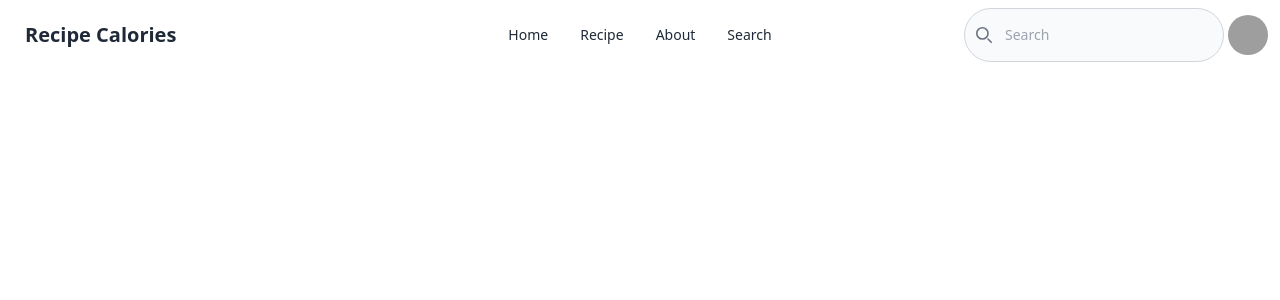
Repository: RudrasahaDibos/Chefs-table
Page: /
An editor plug-in stored every save of this project. The page is shown before and after a run of saves, followed by the edit.
The browser window is 1280 px wide. The pictures show the whole page.
Pictures or frames that could not be fetched are drawn as grey boxes. The project was rebuilt for these pictures with package versions that can differ from the ones it lists, and the page was loaded fresh each time. Also part of the build but not shown: vite.config.js, src/App.css.

Above is the page before, as saved 2024-12-18 21:22:00.

### src/App.jsx

import './App.css'
import Header from './Component/Header/Header'
import Recipes from './Component/Recipes/Recipes'

function App() {


  return (
    <div className='container mx-auto'>
        <Header></Header>
        <Recipes></Recipes>

    </div>
  )
}

export default App

### src/Component/Header/Header.jsx
import { FaBeer } from "react-icons/fa";
const Header = () => {
    return (
        <div className="max-w-7xl mx-auto">
              <div className="navbar bg-base-100">
  <div className="navbar-start">
    <div className="dropdown">
      <div tabIndex="0" role="button" className="btn btn-ghost lg:hidden">
        <svg
          xmlns="http://www.w3.org/2000/svg"
          className="h-5 w-5"
          fill="none"
          viewBox="0 0 24 24"
          stroke="currentColor">
          <path
            strokeLinecap="round"
            strokeLinejoin="round"
            strokeWidth="2"
            d="M4 6h16M4 12h8m-8 6h16" />
        </svg>
      </div>
      <ul
        tabIndex="0"
        className="menu menu-sm dropdown-content bg-base-100 rounded-box z-[1] mt-3 w-52 p-2 shadow">
        <li><a>Home</a></li>
      <li><a>Recipe</a></li>
      <li><a>About</a></li>
      <li><a>Search</a></li>
      </ul>
    </div>
    <a className="btn btn-ghost text-xl font-bold">Recipe Calories</a>
  </div>
  <div className="navbar-center hidden lg:flex">
    <ul className="menu menu-horizontal px-1">
      <li><a>Home</a></li>
      <li><a>Recipe</a></li>
      <li><a>About</a></li>
      <li><a>Search</a></li>
    </ul>
  </div>
  <div className="navbar-end ">
  <div className="form-control ">


<form className="max-w-md mx-auto">
    <div className="relative">
        <div className="absolute inset-y-0 start-0 flex items-center ps-3 pointer-events-none">
            <svg className="w-4 h-4 text-gray-500 dark:text-gray-400" aria-hidden="true" xmlns="http://www.w3.org/2000/svg" fill="none" viewBox="0 0 20 20">
                <path stroke="currentColor" strokeLinecap="round" strokeLinejoin="round" strokeWidth="2" d="m19 19-4-4m0-7A7 7 0 1 1 1 8a7 7 0 0 1 14 0Z"/>
            </svg>
        </div>
        <input type="search" id="default-search" className="block w-full p-4 ps-10 text-sm text-black border border-gray-300  bg-gray-50 focus:ring-blue-500 rounded-full focus:border-blue-500 dark:bg-gray-700 dark:border-gray-600 dark:placeholder-gray-400 dark:text-white dark:focus:ring-blue-500 dark:focus:border-blue-500" placeholder="Search " required />

    </div>
</form>


    </div>
    <div tabIndex="0" role="button" className="btn btn-ghost btn-circle avatar">
        <div className="w-10 rounded-full">
          <img
            alt="Tailwind CSS Navbar component"
            src="https://img.daisyui.com/images/stock/photo-1534528741775-53994a69daeb.webp" />
        </div>
      </div>
  </div>
</div>
        </div>
    );
};

export default Header;

### src/Component/Recipes/Recipes.jsx
import React from 'react';

const Recipes = () => {
    return (
        <div>

        </div>
    );
};

export default Recipes;

Loaded but not shown: index.html (common file); src/main.jsx (common file); src/index.css (common file); tailwind.config.js (common file)

After the next 3 saves:
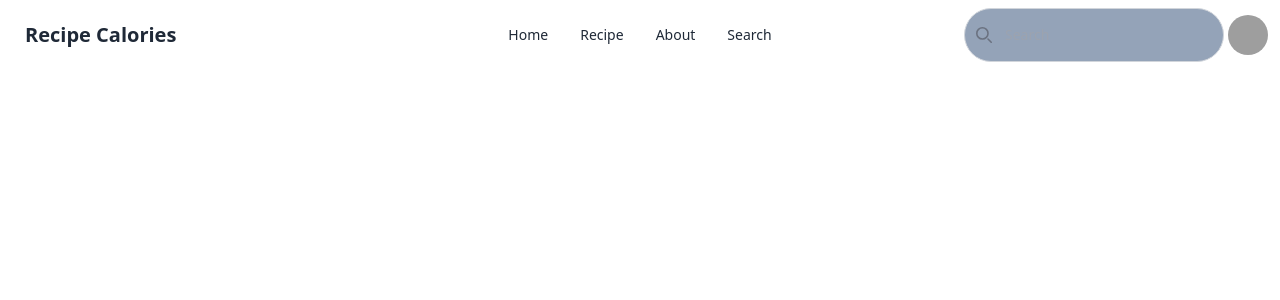
The 3 saves are shown as one change because they came seconds apart.
The last was saved 29 s later.
--- a/src/Component/Header/Header.jsx
+++ b/src/Component/Header/Header.jsx
@@ -49,7 +49,7 @@ const Header = () => {
                 <path stroke="currentColor" strokeLinecap="round" strokeLinejoin="round" strokeWidth="2" d="m19 19-4-4m0-7A7 7 0 1 1 1 8a7 7 0 0 1 14 0Z"/>
             </svg>
         </div>
-        <input type="search" id="default-search" className="block w-full p-4 ps-10 text-sm text-black border border-gray-300  bg-gray-50 focus:ring-blue-500 rounded-full focus:border-blue-500 dark:bg-gray-700 dark:border-gray-600 dark:placeholder-gray-400 dark:text-white dark:focus:ring-blue-500 dark:focus:border-blue-500" placeholder="Search " required />
+        <input type="search" id="default-search" className="block w-full p-4 ps-10 text-sm text-black border border-gray-300  bg-slate-400 focus:ring-blue-500 rounded-full focus:border-blue-500 dark:bg-gray-700 dark:border-gray-600 dark:placeholder-gray-400 dark:text-white dark:focus:ring-blue-500 dark:focus:border-blue-500" placeholder="Search " required />
 
     </div>
 </form>
